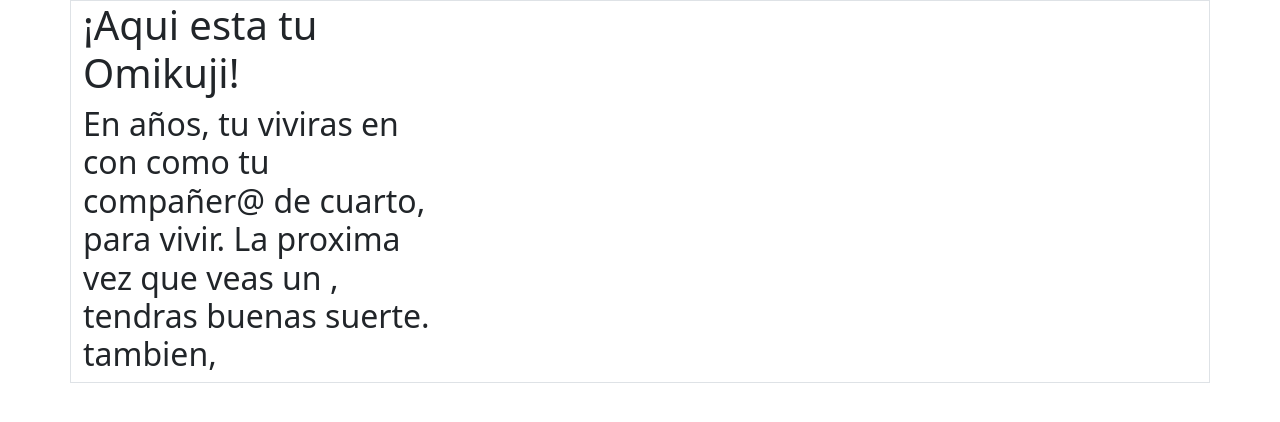
Repository: fanoneytor/condingDojo-JavaSpring
Page: http://localhost/Omikuji/WEB-INF/show.jsp
These files come from the project's save history. The page is drawn as it stood at one moment and after the next save; the edit follows.
The browser window is 1280 px wide. The pictures show the whole page.
The page is served by Tomcat 9. Nobody is signed in. Other server files are loaded and not shown. The template is opened directly, without the code that normally fills it, so the values that code supplies are empty.

Above is the page before, as saved 2023-03-12 19:03:31.

### workspace/Omikuji/src/main/webapp/WEB-INF/show.jsp
<%@ page language="java" contentType="text/html; charset=UTF-8"
    pageEncoding="UTF-8"%>
<%@ taglib prefix = "c" uri = "http://java.sun.com/jsp/jstl/core" %>
<!DOCTYPE html>
<html>
<head>
<meta charset="UTF-8">
<title>Omikuji</title>
<link href="https://cdn.jsdelivr.net/npm/bootstrap@5.0.2/dist/css/bootstrap.min.css" rel="stylesheet" integrity="sha384-EVSTQN3/azprG1Anm3QDgpJLIm9Nao0Yz1ztcQTwFspd3yD65VohhpuuCOmLASjC" crossorigin="anonymous">
</head>
<body>
	<div class="container border">
		<div class="row">
			<div class="col-4">
				<h1>¡Aqui esta tu Omikuji!</h1>
				<h2>En ${numero} años, tu viviras en ${nombreCiudad} con ${nombrePersona}
				como tu compañer@ de cuarto, ${profesion} para vivir. La proxima vez
				que veas un ${serVivo}, tendras buenas suerte. tambien, ${algoBueno}</h1>
			</div>
		</div>
	</div>
</body>
</html>

After the next save:
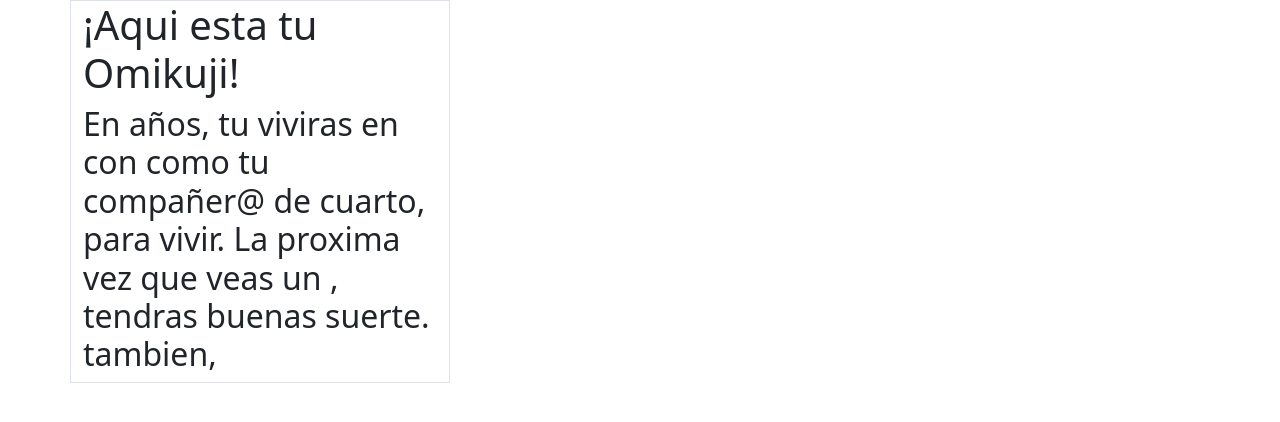
Saved 23 s later.
--- a/workspace/Omikuji/src/main/webapp/WEB-INF/show.jsp
+++ b/workspace/Omikuji/src/main/webapp/WEB-INF/show.jsp
@@ -9,9 +9,9 @@
 <link href="https://cdn.jsdelivr.net/npm/bootstrap@5.0.2/dist/css/bootstrap.min.css" rel="stylesheet" integrity="sha384-EVSTQN3/azprG1Anm3QDgpJLIm9Nao0Yz1ztcQTwFspd3yD65VohhpuuCOmLASjC" crossorigin="anonymous">
 </head>
 <body>
-	<div class="container border">
+	<div class="container">
 		<div class="row">
-			<div class="col-4">
+			<div class="col-4 border">
 				<h1>¡Aqui esta tu Omikuji!</h1>
 				<h2>En ${numero} años, tu viviras en ${nombreCiudad} con ${nombrePersona}
 				como tu compañer@ de cuarto, ${profesion} para vivir. La proxima vez
